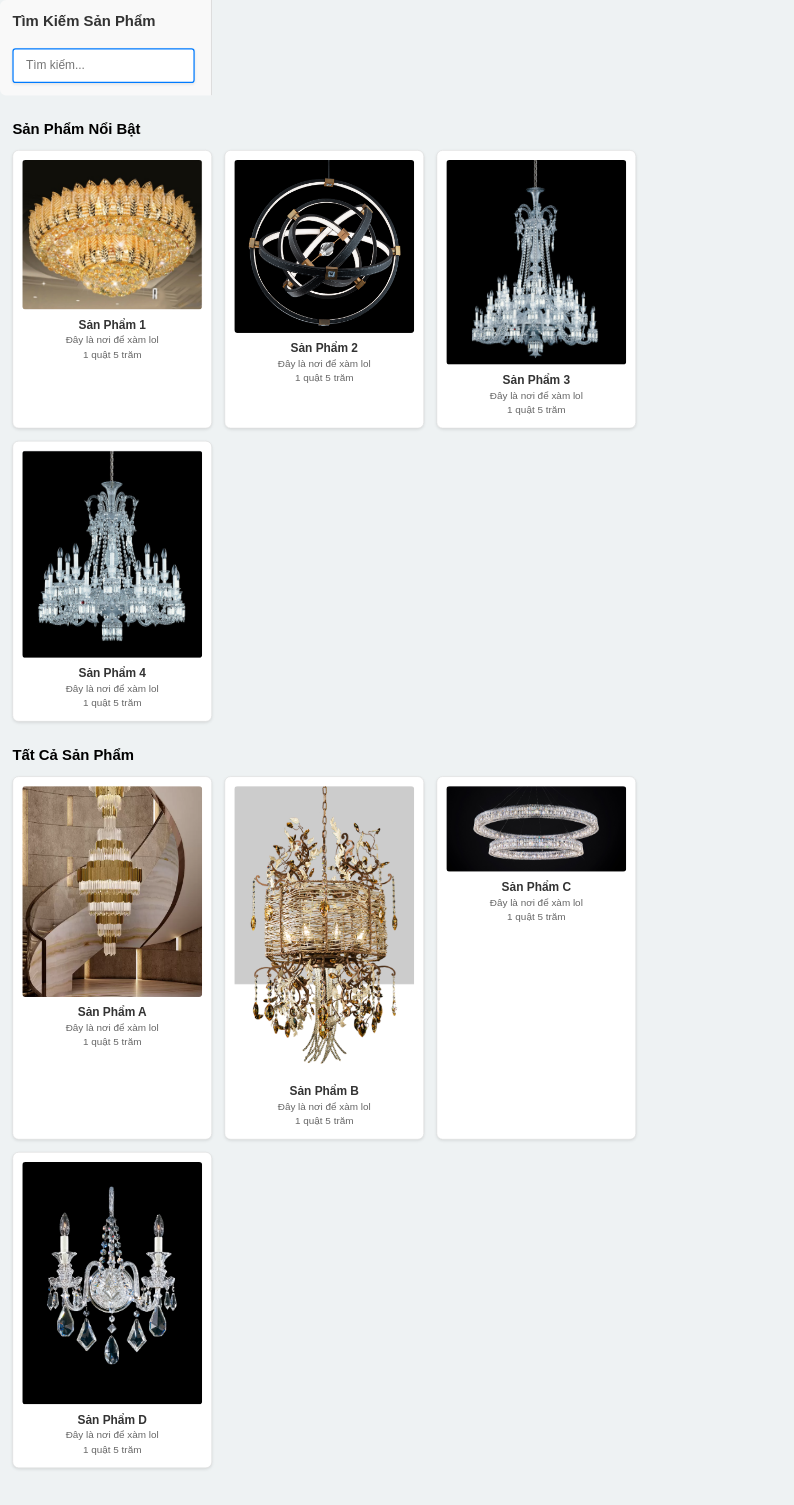
Repository: Nghia251506/eproject
Page: http://localhost/eproject/app/views/product.php
These files come from the project's save history. The page is drawn as it stood at one moment and after the next save; the edit follows.
The browser window is 1280 px wide. The pictures show the whole page, at 62% of full size.
The page is run by PHP 8.4 with error messages shown; the project is at /var/www/html/.

Above is the page before, as saved 2024-10-05 18:36:24.

After the next save:
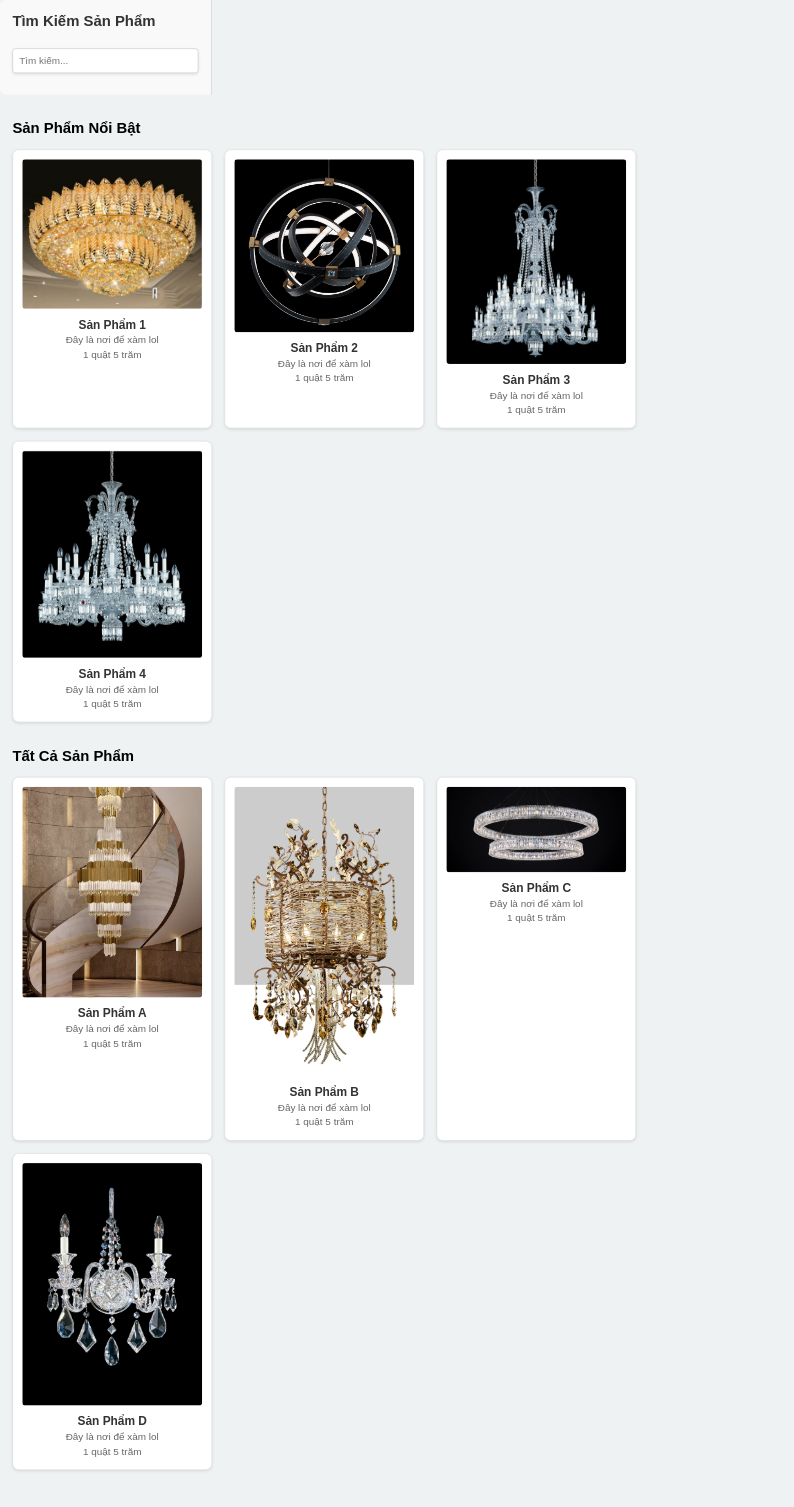
Saved 62 s later.
--- a/app/assets/css/product.css
+++ b/app/assets/css/product.css
@@ -118,3 +118,74 @@ body {
     transform: scale(1.05); /* Phóng to nhẹ khi hover */
     box-shadow: 0 8px 16px rgba(0, 0, 0, 0.2); /* Đổ bóng lớn hơn khi hover */
 }
+.form-container {
+    display: flex;
+    justify-content: center;
+    align-items: center;
+    min-height: 100vh;
+}
+
+/* Định dạng form */
+/* form {
+    background-color: #fff;
+    padding: 20px;
+    border-radius: 10px;
+    box-shadow: 0 0 15px rgba(0, 0, 0, 0.1);
+    width: 100%;
+    max-width: 500px; /* Đảm bảo form không quá rộng */
+    margin: 20px; /* Khoảng cách với các phần tử khác */
+} */
+
+/* Tiêu đề form */
+h2.title-form {
+    margin-bottom: 20px;
+    font-size: 24px;
+    color: #333;
+    text-align: center;
+}
+
+/* Định dạng cho mỗi label */
+label {
+    display: block;
+    margin-bottom: 5px;
+    font-weight: bold;
+    color: #555;
+}
+
+/* Các trường input */
+input[type="text"],
+input[type="number"],
+input[type="file"],
+select {
+    width: 100%;
+    padding: 10px;
+    margin-bottom: 15px;
+    border: 1px solid #ccc;
+    border-radius: 5px;
+    font-size: 16px;
+    box-sizing: border-box;
+}
+
+/* Nút bấm */
+button {
+    width: 100%;
+    padding: 10px;
+    background-color: #007BFF;
+    border: none;
+    border-radius: 5px;
+    color: white;
+    font-size: 16px;
+    cursor: pointer;
+}
+
+/* Khi hover lên nút */
+button:hover {
+    background-color: #0056b3;
+}
+
+/* Căn chỉnh hình ảnh của sản phẩm */
+img {
+    display: block;
+    margin-bottom: 15px;
+    max-width: 100px;
+}
